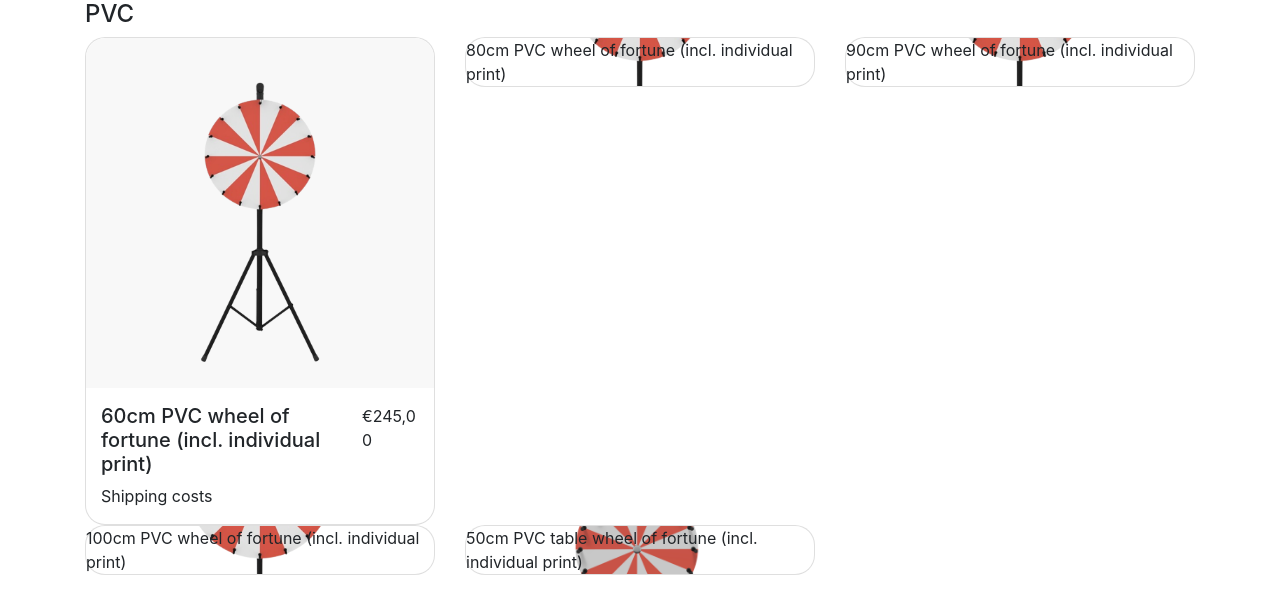
Repository: Awaisp-irfan/fahad-project
Page: pvc.html
These files come from the project's save history. The page is drawn as it stood at one moment and after the next save; the edit follows.
The browser window is 1280 px wide. The pictures show the whole page.

Above is the page before, as saved 2022-06-30 09:13:08.

After the next save:
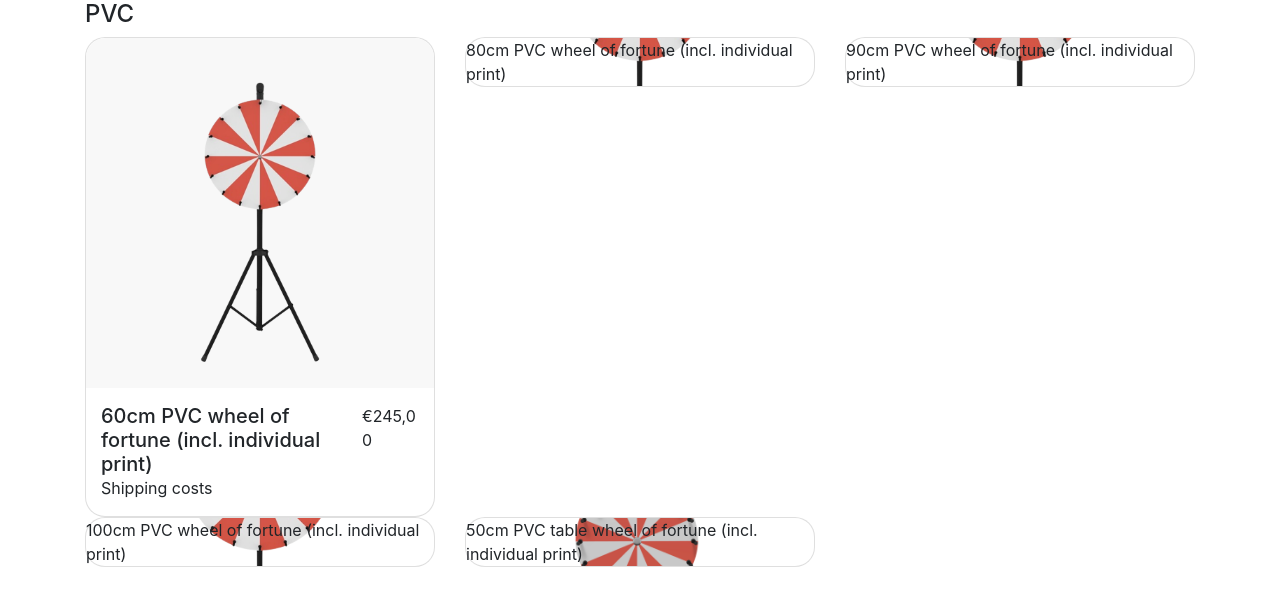
Saved 18 s later.
--- a/pvc.html
+++ b/pvc.html
@@ -30,7 +30,7 @@
             </div>
             <div class="cm60-content d-flex justify-content-between my-lg-3">
               <div class="col-lg-9">
-                <h5>60cm PVC wheel of fortune (incl. individual print)</h5>
+                <h5 class="m-0">60cm PVC wheel of fortune (incl. individual print)</h5>
                 <p class="m-0 p-0">Shipping costs</p>
               </div>
               <div class="col-lg-3">€245,00</div>
